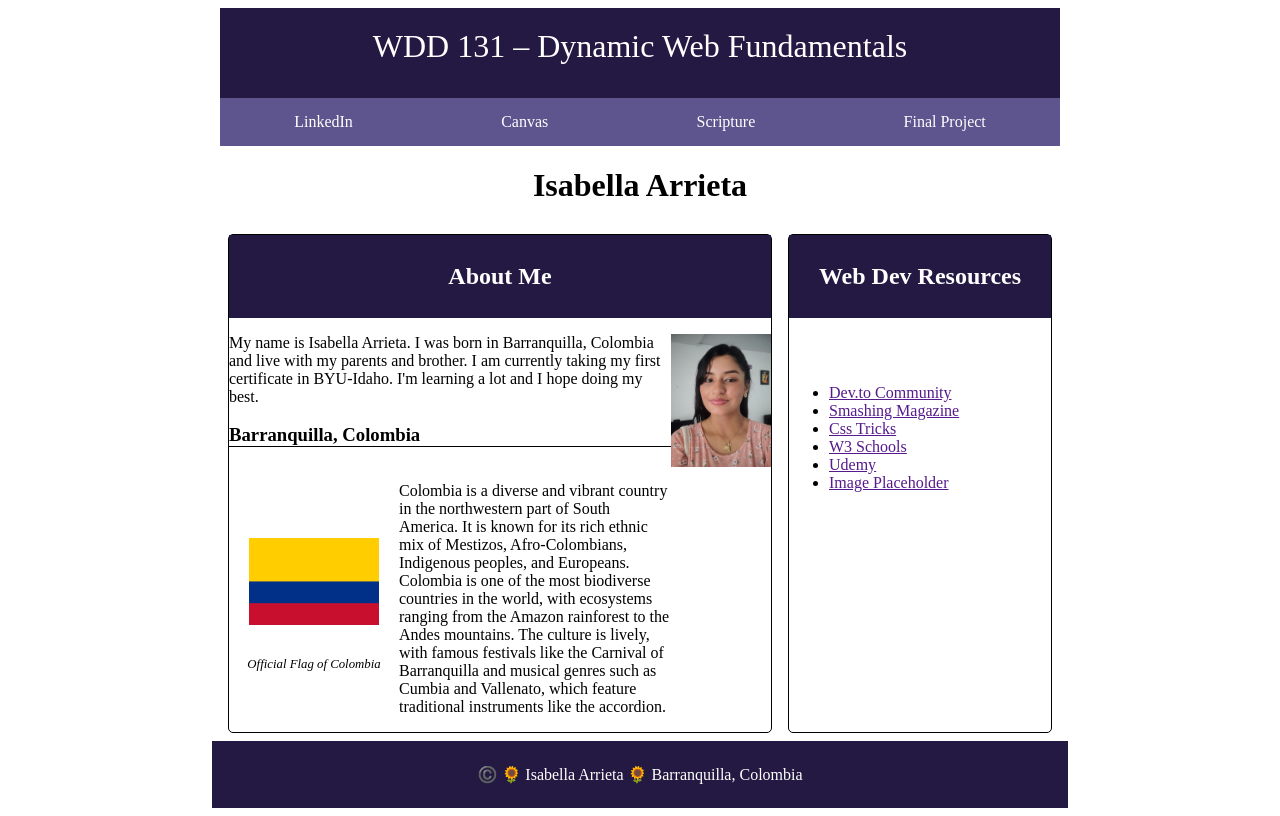
Repository: isaAJ05/wdd131
Page: index.html
The author's editor kept a copy of each file at every save. The page is drawn from the files as they stood at one save, then again after the next save.
The browser window is 1280 px wide. The pictures show the whole page.
Some web fonts or font styles are not loaded; a fallback is used.

Above is the page before, as saved 2025-07-04 03:11:05.

After the next save:
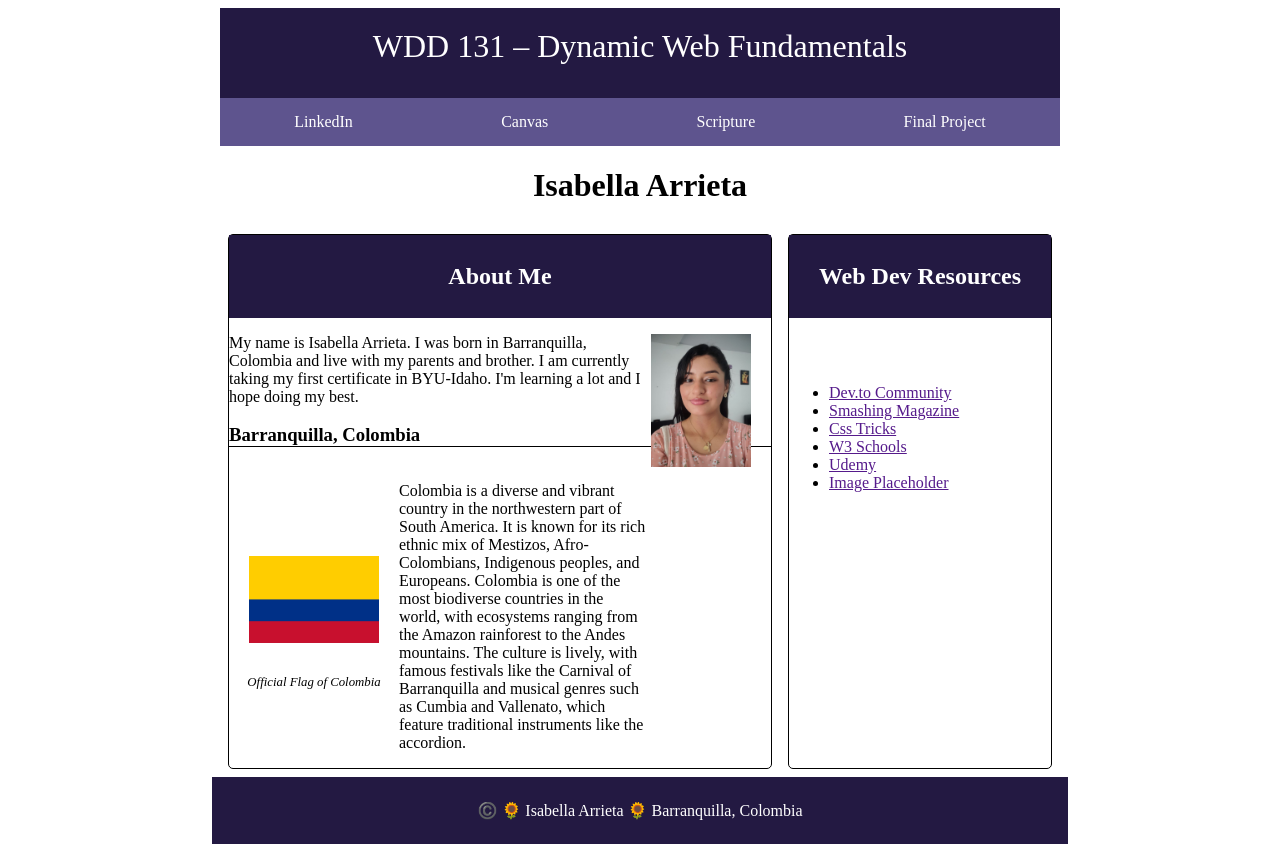
Saved 7 s later.
--- a/styles/base.css
+++ b/styles/base.css
@@ -74,7 +74,7 @@ section{
 }
 .presentation img{
     float: right;
-    padding: 0px 20px px 5px;
+    padding: 0px 20px 20px 5px;
     width:100px ;
     height: auto;
 
